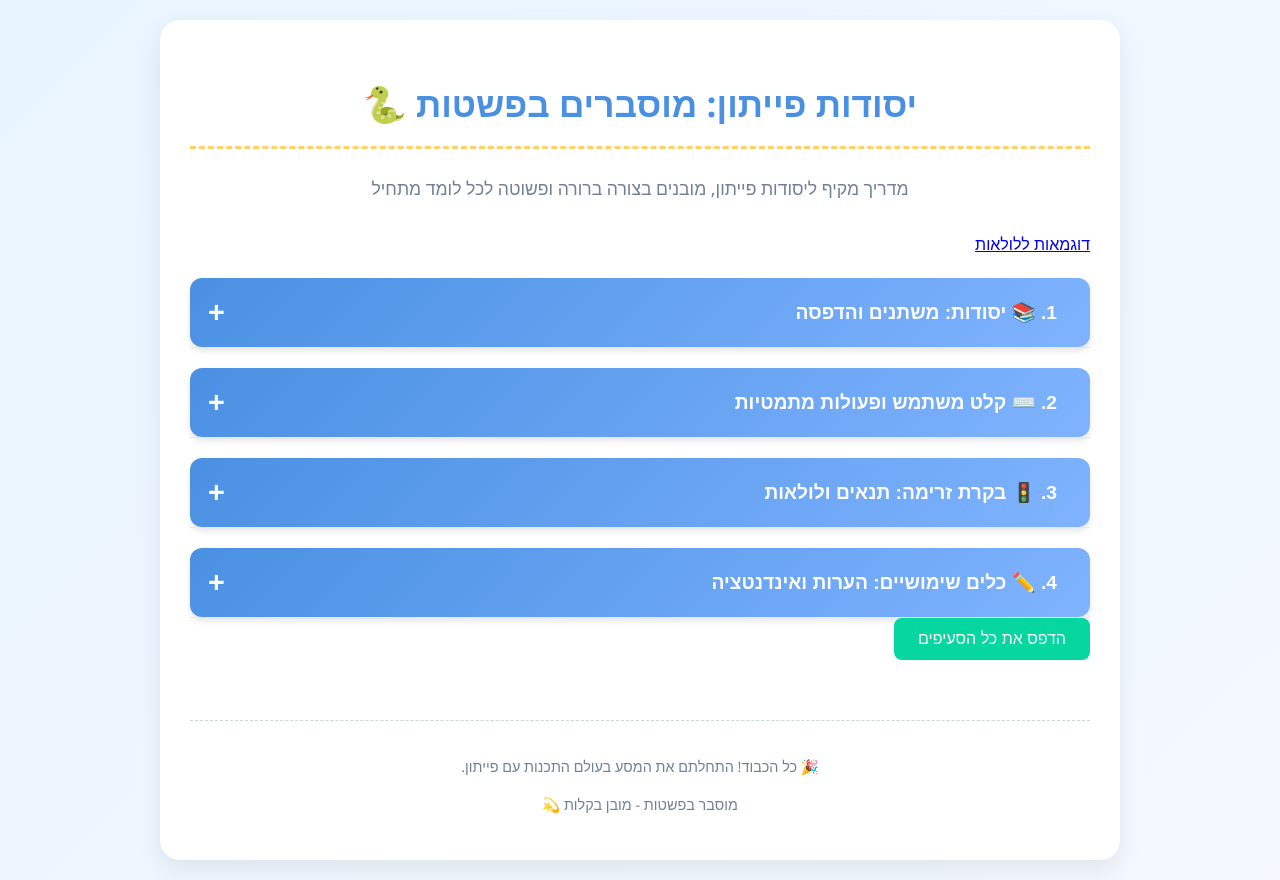
Repository: Ofirish/PyBasics
Page: index.html
These files come from the project's save history. The page is drawn as it stood at one moment and after the next save; the edit follows.
The browser window is 1280 px wide. The pictures show the whole page.

Above is the page before, as saved 2025-10-09 06:27:48.

After the next save:
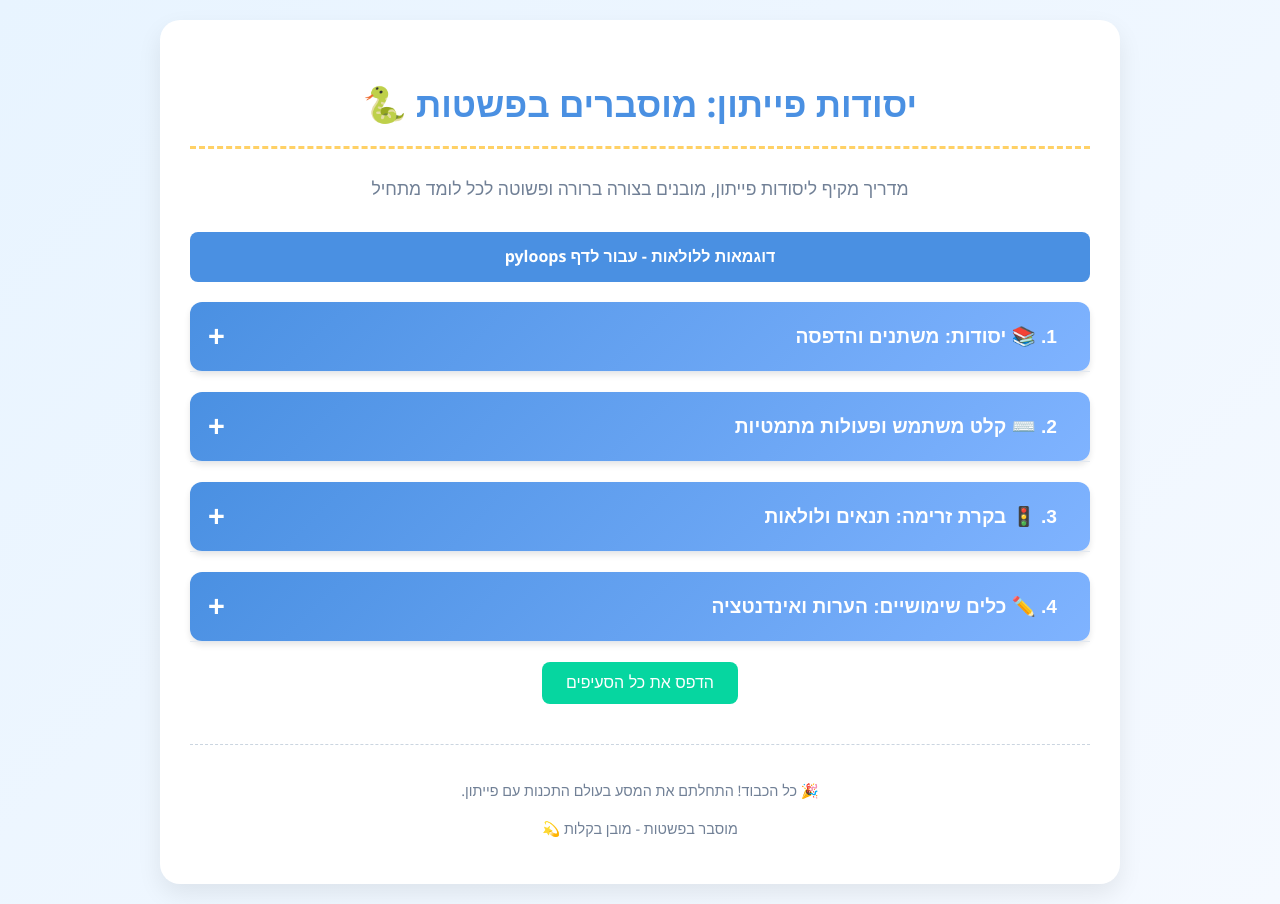
Saved 11 min 9 s later.
--- a/index.html
+++ b/index.html
@@ -79,6 +79,23 @@
             color: var(--text-light);
         }
 
+        .pyloops-link {
+            display: block;
+            text-align: center;
+            margin: 20px 0;
+            padding: 12px 20px;
+            background-color: var(--primary-blue);
+            color: white;
+            text-decoration: none;
+            border-radius: 8px;
+            font-weight: bold;
+            transition: background-color 0.3s;
+        }
+
+        .pyloops-link:hover {
+            background-color: var(--secondary-blue);
+        }
+
         .concept {
             margin-bottom: 20px;
             padding: 20px;
@@ -222,6 +239,9 @@
                 color: #000;
                 border: 1px solid #ddd;
             }
+            .print-button {
+                display: none;
+            }
         }
 
         /* ========================
@@ -277,13 +297,42 @@
             color: var(--text-light);
             font-size: 0.9em;
         }
+
+        .print-button {
+            display: block;
+            margin: 20px auto;
+            background: var(--accent-green);
+            color: #fff;
+            border: none;
+            padding: 12px 24px;
+            border-radius: 8px;
+            font-size: 1em;
+            cursor: pointer;
+            transition: background-color 0.3s;
+        }
+
+        .print-button:hover {
+            background: #05b88a;
+        }
+
+        .print-output {
+            background: #F5F9FF;
+            border: 2px solid var(--primary-blue);
+            padding: 20px;
+            margin: 20px 0;
+            border-radius: 12px;
+            white-space: pre-wrap;
+            display: none;
+        }
     </style>
 </head>
 <body>
     <div class="container">
         <h1>יסודות פייתון: מוסברים בפשטות 🐍</h1>
         <p class="intro">מדריך מקיף ליסודות פייתון, מובנים בצורה ברורה ופשוטה לכל לומד מתחיל</p>
-<a href="pyloops.html">דוגמאות ללולאות</a>
+
+        <a href="pyloops.html" class="pyloops-link">דוגמאות ללולאות - עבור לדף pyloops</a>
+
         <button type="button" class="collapsible">
             <span class="collapsible-text">1. 📚 יסודות: משתנים והדפסה</span>
             <span class="collapsible-icon">+</span>
@@ -477,9 +526,8 @@ else:
             </div>
         </div>
 
-        <button onclick="printSections()" style="margin-bottom:20px; background:var(--accent-green); color:#fff; border:none; padding:12px 24px; border-radius:8px; font-size:1em; cursor:pointer;">
-            הדפס את כל הסעיפים
-        </button>
+        <button class="print-button" onclick="printSections()">הדפס את כל הסעיפים</button>
+        <div id="printOutput" class="print-output"></div>
 
         <div class="footer">
             <p>🎉 כל הכבוד! התחלתם את המסע בעולם התכנות עם פייתון.</p>
@@ -513,29 +561,34 @@ else:
         function printSections() {
             var sections = document.getElementsByClassName("collapsible");
             var output = "";
+
+            // פתח את כל הסעיפים לפני ההדפסה
             for (var i = 0; i < sections.length; i++) {
-                var title = sections[i].querySelector(".collapsible-text").innerText.trim();
                 var content = sections[i].nextElementSibling;
-                var contentText = content.innerText.trim();
-                output += (i+1) + ". " + title + "\n";
-                output += contentText + "\n\n";
+                content.style.maxHeight = content.scrollHeight + 40 + "px";
+                content.style.paddingTop = "20px";
+                content.style.paddingBottom = "20px";
+                sections[i].classList.add("active");
             }
-            // Print to console
-            console.log(output);
-
-            // Or show in an alert (for short content)
-            // alert(output);
-
-            // Or display on the page (optional)
-            var printDiv = document.createElement("div");
-            printDiv.style.background = "#F5F9FF";
-            printDiv.style.border = "2px solid var(--primary-blue)";
-            printDiv.style.padding = "20px";
-            printDiv.style.margin = "20px 0";
-            printDiv.style.borderRadius = "12px";
-            printDiv.style.whiteSpace = "pre-wrap";
-            printDiv.innerText = output;
-            document.querySelector(".container").appendChild(printDiv);
+
+            // המתין קצת כדי שהאנימציה תסתיים
+            setTimeout(function() {
+                for (var i = 0; i < sections.length; i++) {
+                    var title = sections[i].querySelector(".collapsible-text").innerText.trim();
+                    var content = sections[i].nextElementSibling;
+                    var contentText = content.innerText.trim();
+                    output += (i+1) + ". " + title + "\n";
+                    output += contentText + "\n\n";
+                }
+
+                // הצג את התוצאה
+                var printDiv = document.getElementById("printOutput");
+                printDiv.innerText = output;
+                printDiv.style.display = "block";
+
+                // הדפס את הדף
+                window.print();
+            }, 500);
         }
     </script>
 </body>
